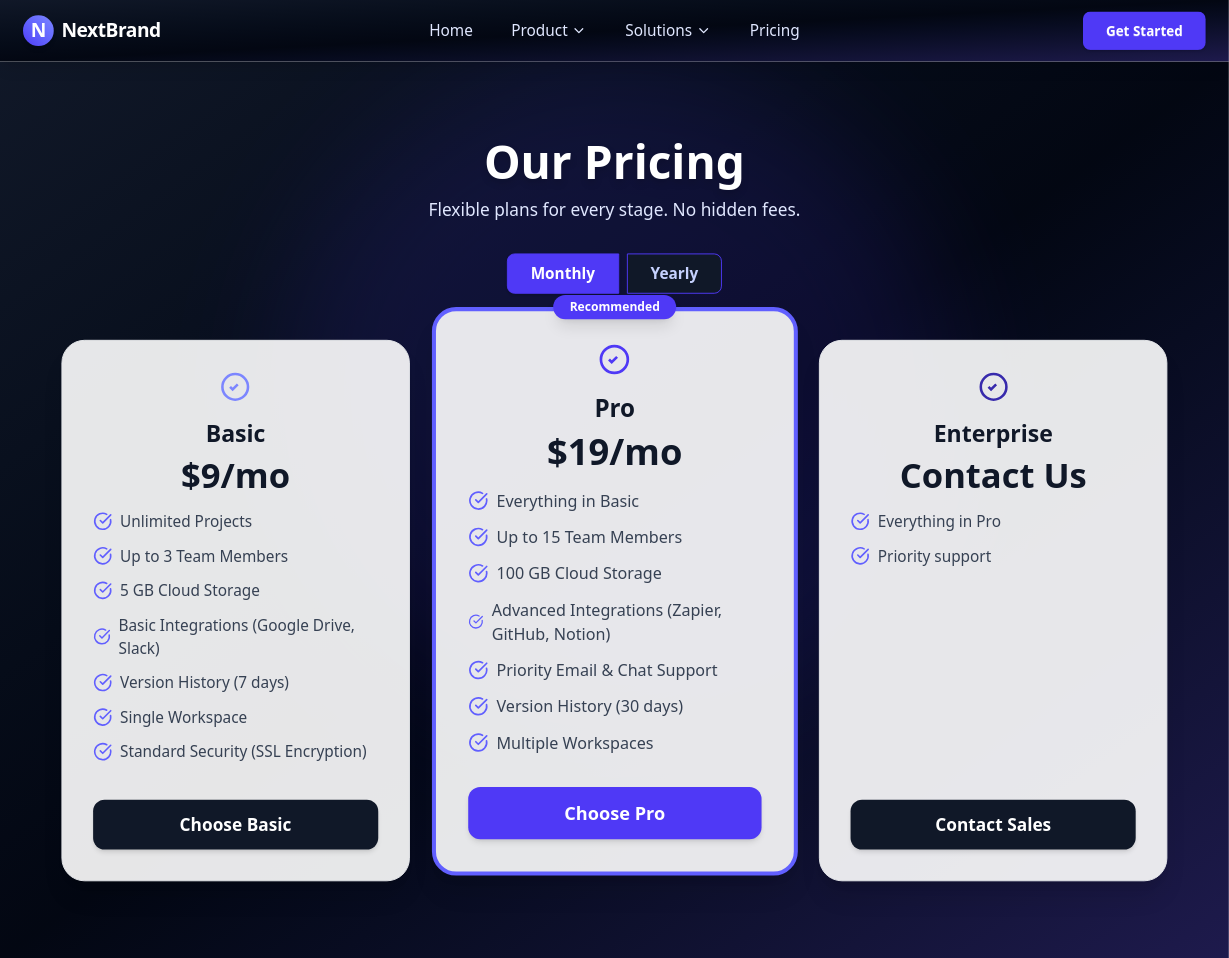
Repository: Chiranshukapil/Next_Brand
Page: /pricing
These files come from the project's save history. The page is drawn as it stood at one moment and after the next save; the edit follows.
The browser window is 1280 px wide. The pictures show the whole page, at 96% of full size.
The project was rebuilt for these pictures with package versions that can differ from the ones it lists, and the page was loaded fresh each time. Also part of the build but not shown: vite.config.js.

Above is the page before, as saved 2025-06-18 12:01:00.

### index.html
<!doctype html>
<html lang="en">
  <head>
    <meta charset="UTF-8" />
    <link rel="stylesheet" href="src/index.css">
    <meta name="viewport" content="width=device-width, initial-scale=1.0" />
    <title>NavBar</title>
  </head>
  <body classname="scroll-smooth">
    <div id="root"></div>
    <script type="module" src="/src/main.jsx"></script>
  </body>
</html>

### src/App.jsx
import { useState } from 'react'
import { BrowserRouter as Router, Routes, Route } from 'react-router-dom'
import Navbar from './Components/NavBar.jsx'
import PricingSection from './Components/PricingSection.jsx'

function App() {
  return (
    <Router>
      <Navbar />
      <Routes>

        <Route path="/pricing" element={<PricingSection />} />

      </Routes>
    </Router>
  )
}

export default App

### src/Components/NavBar.jsx
import React, { useState } from "react";
import { Link } from "react-router-dom";
import { Menu, X, ChevronDown } from "lucide-react";

// Route-based navLinks
const navLinks = [
  { name: "Home", href: "/" },
  {
    name: "Product",
    href: "/product",
    dropdown: [
      { name: "Overview", href: "/product/overview" },
      { name: "Features", href: "/product/features" },
      { name: "Pricing", href: "/pricing" },
    ],
  },
  {
    name: "Solutions",
    href: "/solutions",
    dropdown: [
      { name: "For Teams", href: "/solutions/teams" },
      { name: "For Individuals", href: "/solutions/individuals" },
    ],
  },
  { name: "Pricing", href: "/pricing" },
];

export default function Navbar() {
  const [menuOpen, setMenuOpen] = useState(false);
  const [dropdownOpen, setDropdownOpen] = useState(null);

  return (
    <nav className="sticky top-0 z-50 bg-gradient-to-br from-gray-900 via-gray-950 to-indigo-950 backdrop-blur-md bg-opacity-80 shadow-lg flex justify-between items-center px-6 py-3">
      {/* Brand/Logo */}
      <div className="navbar-start">
        <Link
          to="/"
          className="flex items-center gap-2 text-xl font-bold tracking-tight text-white hover:text-indigo-400 transition-colors"
        >
          <span className="w-8 h-8 bg-gradient-to-tr from-indigo-600 to-indigo-400 rounded-full text-white flex items-center justify-center font-bold shadow-md">
            N
          </span>
          <span>NextBrand</span>
        </Link>
      </div>

      {/* Desktop Menu */}
      <div className="navbar-center hidden md:flex">
        <ul className="flex gap-2 items-center">
          {navLinks.map((link, index) => (
            <li
              key={link.name}
              onMouseEnter={() => setDropdownOpen(index)}
              onMouseLeave={() => setDropdownOpen(null)}
              className="relative"
            >
              {link.dropdown ? (
                <>
                  <Link
                    to={link.href}
                    className="px-4 py-2 rounded-lg text-base font-medium flex items-center gap-1 cursor-pointer text-indigo-100 hover:text-white hover:bg-indigo-700/30 transition-colors"
                    aria-haspopup="true"
                    aria-expanded={dropdownOpen === index}
                    onClick={() => setDropdownOpen(null)}
                  >
                    {link.name}
                    <ChevronDown className="h-4 w-4" />
                  </Link>
                  {dropdownOpen === index && (
                    <ul className="absolute top-full left-0 mt-2 bg-white/95 shadow-xl rounded-xl p-2 w-52 z-50 animate-fade-in">
                      {link.dropdown.map((item) => (
                        <li key={item.name}>
                          <Link
                            to={item.href}
                            className="block px-4 py-2 rounded-lg hover:bg-indigo-100 text-gray-900 font-medium transition"
                            onClick={() => setDropdownOpen(null)}
                          >
                            {item.name}
                          </Link>
                        </li>
                      ))}
                    </ul>
                  )}
                </>
              ) : (
                <Link
                  to={link.href}
                  className="px-4 py-2 rounded-lg text-base font-medium text-indigo-100 hover:text-white hover:bg-indigo-700/30 transition"
                  onClick={() => setDropdownOpen(null)}
                >
                  {link.name}
                </Link>
              )}
            </li>
          ))}
        </ul>
      </div>

      {/* Right Side: CTA + Mobile Menu Button */}
      <div className="navbar-end flex items-center">
        <Link
          to="/get-started"
          className="btn btn-primary font-semibold shadow hidden md:inline-flex bg-indigo-600 text-white hover:bg-indigo-700 border-none rounded-lg px-6 py-2 transition"
        >
          Get Started
        </Link>
        <button
          aria-label="Toggle menu"
          className="btn btn-ghost md:hidden ml-2 text-indigo-200"
          onClick={() => setMenuOpen((v) => !v)}
        >
          {menuOpen ? (
            <X className="h-7 w-7" />
          ) : (
            <Menu className="h-7 w-7" />
          )}
        </button>

        {/* Mobile Menu */}
        <div
          className={`absolute top-full right-2 left-2 z-40 md:hidden overflow-hidden transition-all duration-300 ease-in-out bg-white/95 rounded-xl shadow-lg ${
            menuOpen ? "max-h-96" : "max-h-0"
          }`}
        >
          <ul tabIndex={0} className="flex flex-col gap-1 p-3 w-full">
            {navLinks.map((link) => (
              <li key={link.name}>
                {link.dropdown ? (
                  <details>
                    <summary className="text-base cursor-pointer flex items-center justify-between text-gray-900 font-semibold px-2 py-2 rounded-lg hover:bg-indigo-100 transition">
                      {link.name}
                    </summary>
                    <ul className="p-2">
                      {link.dropdown.map((item) => (
                        <li key={item.name}>
                          <Link
                            to={item.href}
                            className="block px-4 py-2 rounded-lg text-gray-900 hover:bg-indigo-100 transition"
                            onClick={() => setMenuOpen(false)}
                          >
                            {item.name}
                          </Link>
                        </li>
                      ))}
                    </ul>
                  </details>
                ) : (
                  <Link
                    to={link.href}
                    className="block px-4 py-2 rounded-lg text-gray-900 font-semibold hover:bg-indigo-100 transition"
                    onClick={() => setMenuOpen(false)}
                  >
                    {link.name}
                  </Link>
                )}
              </li>
            ))}
            <li className="mt-2">
              <Link
                to="/get-started"
                className="btn btn-primary w-full bg-indigo-600 text-white hover:bg-indigo-700 border-none rounded-lg px-6 py-2 transition"
                onClick={() => setMenuOpen(false)}
              >
                Get Started
              </Link>
            </li>
          </ul>
        </div>
      </div>
    </nav>
  );
}

### src/Components/PricingSection.jsx
import { CheckCircle } from "lucide-react";
import { useState } from "react";

const plans = [
  {
    name: "Basic",
    icon: <svg className="w-8 h-8 text-indigo-400" fill="none" stroke="currentColor" strokeWidth="2" viewBox="0 0 24 24"><circle cx="12" cy="12" r="10"/><path d="M8 12l2 2 4-4"/></svg>,
    monthly: 9,
    yearly: 90,
    features: ["Unlimited Projects", "Up to 3 Team Members", "5 GB Cloud Storage", "Basic Integrations (Google Drive, Slack)",
        "Version History (7 days)", "Single Workspace", "Standard Security (SSL Encryption)"
    ],
    recommended: false,
  },
  {
    name: "Pro",
    icon: <svg className="w-8 h-8 text-indigo-600" fill="none" stroke="currentColor" strokeWidth="2" viewBox="0 0 24 24"><circle cx="12" cy="12" r="10"/><path d="M8 12l2 2 4-4"/></svg>,
    monthly: 19,
    yearly: 190,
    features: ["Everything in Basic", "Up to 15 Team Members", "100 GB Cloud Storage", "Advanced Integrations (Zapier, GitHub, Notion)",
        "Priority Email & Chat Support", "Version History (30 days)", "Multiple Workspaces"],
    recommended: true,
  },
  {
    name: "Enterprise",
    icon: <svg className="w-8 h-8 text-indigo-800" fill="none" stroke="currentColor" strokeWidth="2" viewBox="0 0 24 24"><circle cx="12" cy="12" r="10"/><path d="M8 12l2 2 4-4"/></svg>,
    monthly: null,
    yearly: null,
    features: ["Everything in Pro", "Priority support"],
    recommended: false,
    contact: true,
  },
];

export default function PricingSection() {
  const [billing, setBilling] = useState("monthly");

  const displayPrice = (plan) => {
    if (plan.contact) return "Contact Us";
    if (billing === "yearly") return `$${plan.yearly}/yr`;
    return `$${plan.monthly}/mo`;
  };

  return (
    <section className="relative py-20 px-4 md:px-0 bg-gradient-to-br from-gray-900 via-gray-950 to-indigo-950 min-h-[100vh]">
      {/* Decorative background shapes */}
      <div className="absolute top-0 left-1/2 -translate-x-1/2 w-[700px] h-[700px] rounded-full bg-indigo-800 opacity-20 blur-3xl pointer-events-none"></div>
      <div className="relative z-10 max-w-6xl mx-auto">
        <h2 className="text-4xl md:text-5xl font-extrabold text-center mb-3 text-white drop-shadow-lg">Our Pricing</h2>
        <p className="text-center text-indigo-100 mb-8 text-lg">Flexible plans for every stage. No hidden fees.</p>
        {/* Billing toggle */}
        <div className="flex justify-center mb-12 gap-2">
          <button
            className={`px-6 py-2 rounded-l-lg font-semibold transition-colors duration-200 hover:cursor-pointer border border-indigo-600 focus:outline-none ${
              billing === "monthly"
                ? "bg-indigo-600 text-white shadow"
                : "bg-gray-900 text-indigo-200 hover:bg-indigo-700/20"
            }`}
            onClick={() => setBilling("monthly")}
          >
            Monthly
          </button>
          <button
            className={`px-6 py-2 rounded-r-lg font-semibold transition-colors duration-200 hover:cursor-pointer border border-indigo-600 focus:outline-none ${
              billing === "yearly"
                ? "bg-indigo-600 text-white shadow"
                : "bg-gray-900 text-indigo-200 hover:bg-indigo-700/20"
            }`}
            onClick={() => setBilling("yearly")}
          >
            Yearly
          </button>
        </div>
        <div className="grid md:grid-cols-3 gap-8 items-stretch">
          {plans.map((plan, idx) => (
            <div
              key={plan.name}
              className={`relative flex flex-col p-8 rounded-3xl border transition-transform duration-200 bg-white/90 shadow-xl hover:scale-[1.03] ${
                plan.recommended
                  ? "border-4 border-indigo-500 bg-indigo-50 z-20 scale-105 shadow-2xl"
                  : "border-gray-200"
              }`}
              style={plan.recommended ? { top: '-20px' } : {}}
            >
              {plan.recommended && (
                <span className="absolute -top-4 left-1/2 -translate-x-1/2 bg-indigo-600 text-white text-xs px-4 py-1 rounded-full font-semibold shadow-lg z-30">
                  Recommended
                </span>
              )}
              <div className="flex justify-center mb-4">{plan.icon}</div>
              <h3 className="text-2xl font-bold mb-2 text-gray-900 text-center">{plan.name}</h3>
              <div className="text-4xl font-extrabold mb-4 text-center text-gray-900">{displayPrice(plan)}</div>
              <ul className="flex-1 mb-8 space-y-3 text-gray-700">
                {plan.features.map((f) => (
                  <li key={f} className="flex items-center gap-2">
                    <CheckCircle className="w-5 h-5 text-indigo-500" />
                    <span>{f}</span>
                  </li>
                ))}
              </ul>
              <button
                className={`py-3 px-6 rounded-xl font-semibold text-lg transition-all hover:cursor-pointer duration-200 shadow-md focus:outline-none ${
                  plan.recommended
                    ? "bg-indigo-600 text-white hover:bg-indigo-700"
                    : "bg-gray-900 text-white hover:bg-indigo-600"
                }`}
              >
                {plan.contact ? "Contact Sales" : `Choose ${plan.name}`}
              </button>
            </div>
          ))}
        </div>
      </div>
    </section>
  );
}

Loaded but not shown: src/index.css (common file); src/main.jsx (common file)

After the next save:
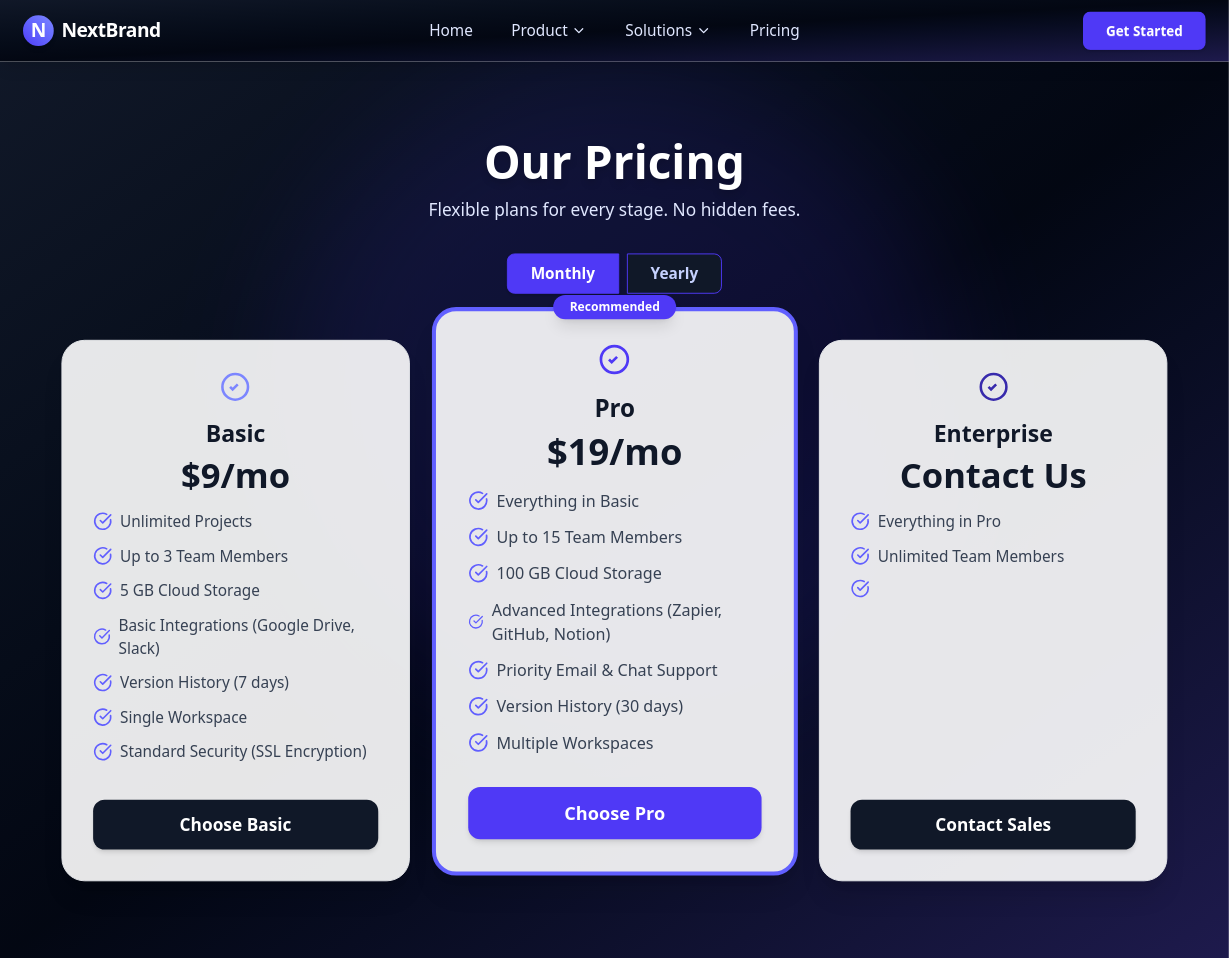
Saved 7 s later.
--- a/src/Components/PricingSection.jsx
+++ b/src/Components/PricingSection.jsx
@@ -26,7 +26,7 @@ const plans = [
     icon: <svg className="w-8 h-8 text-indigo-800" fill="none" stroke="currentColor" strokeWidth="2" viewBox="0 0 24 24"><circle cx="12" cy="12" r="10"/><path d="M8 12l2 2 4-4"/></svg>,
     monthly: null,
     yearly: null,
-    features: ["Everything in Pro", "Priority support"],
+    features: ["Everything in Pro", "Unlimited Team Members", ""],
     recommended: false,
     contact: true,
   },
